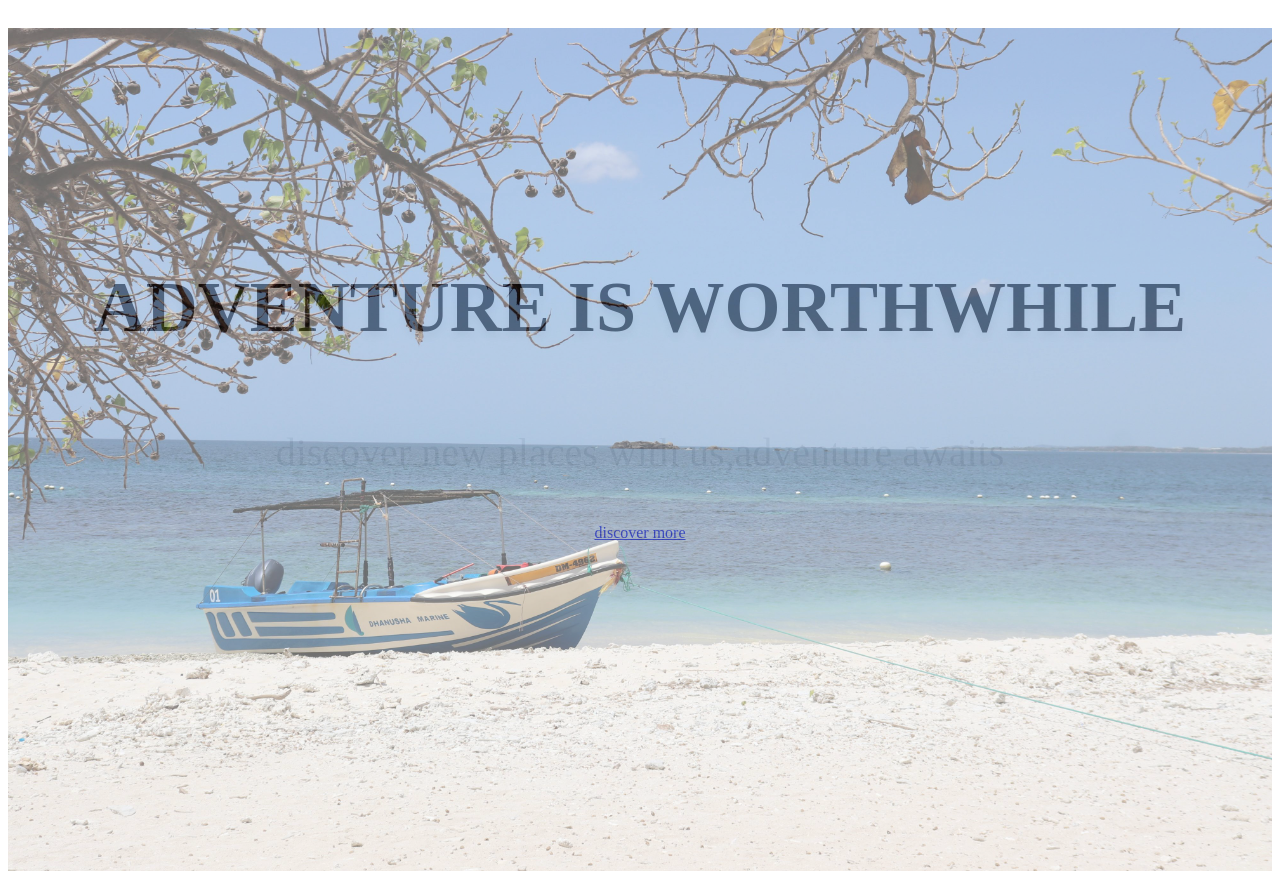
Repository: KasunInd27/Ceylon-Journey
Page: Home/home.html
An editor plug-in stored every save of this project. The page is shown before and after the next save, followed by the edit.
The browser window is 1280 px wide. The pictures show the whole page.

Above is the page before, as saved 2024-10-05 13:51:14.
Console error: SyntaxError: Unexpected token '<'

### Home/home.html
<!DOCTYPE html>
<html lang="en">
<head>
    <meta charset="UTF-8">
    <meta name="viewport" content="width=device-width, initial-scale=1.0">
    <!-- Font Awesome CDN link for using icons -->
    <link rel="stylesheet" href="https://cdnjs.cloudflare.com/ajax/libs/font-awesome/5.15.3/css/all.min.css">
    <link href="https://fonts.googleapis.com/css2?family=Roboto:wght@400;700&display=swap" rel="stylesheet">

    <link rel="stylesheet" href="CSS/home.css">
    <script src="JS/home.js"></script>
    <style>
        .mySlides {display:none;}
    </style>
    <title>Home Page</title>
</head>
<body>
    <section class="home" id="home">
        <div class="content">
            <h3>adventure is worthwhile</h3>
            <p>discover new places with us,adventure awaits</p>
            <a href="#" class="btn">discover more</a>
        </div>

        <div class="slide" style="max-width:100%">
            <img class="homeSlides" src="../image/train.jpg" style="width:100%">
            <img class="homeSlides" src="../image/elephants.jpg" style="width:100%">
            <img class="homeSlides" src="../image/boat.jpg" style="width:100%">
            <img class="homeSlides" src="../image/fish.jpg" style="width:100%">
            <img class="homeSlides" src="../image/arc.jpg" style="width:100%">
        </div>
    </section>

    <script>
        var myIndex = 0;
        carousel();

        function carousel() {
          var i;
          var x = document.getElementsByClassName("homeSlides");
          for (i = 0; i < x.length; i++) {
            x[i].style.display = "none";
          }
          myIndex++;
          if (myIndex > x.length) {myIndex = 1}
          x[myIndex-1].style.display = "block";
          setTimeout(carousel, 2000); // Change image every 2 seconds
        }
        </script>


</body>
</html>

### Home/CSS/home.css
.home.controls {
    padding: 1rem;
    border-radius: 5rem;
    background: rgba(0, 0, 0, .7);
    position: relative;
    top: 10rem;

}

.home .controls .img-btn {

    height: 2rem;
    width: 2rem;
    display: inline-block;
    border-radius: 50%;
    background: #fff;
    cursor: pointer;
    margin: 0 .5rem;

}
.home .controls .img-btn.active {
    background: var(--orange);

}
#home {
    min-height: 100vh;
    /* Ensures it takes up the full viewport height */
    display: flex;
    /* Enables flexbox layout */
    align-items: center;
    /* Vertically centers content */
    justify-content: center;
    /* Horizontally centers content */
    flex-flow: column;
    /* Aligns children in a column layout */
    position: relative;
    /* Allows child elements to use absolute positioning */
    z-index: 0;
    /* Ensures this section has the correct stacking order */
}
.home .content {
    text-align: center;
    /* Centers the text within the .content container */
}
/* Styles for h3 elements inside the .content class within the .home section */

.home .content h3 {
    font-size: 4.5rem;
    /* Sets a large font size for the heading */
    color: #060101;
    /* White text color */
    text-transform: uppercase;
    /* Makes the text uppercase */
    text-shadow: 0 .3rem .5rem rgba(0, 0, 0, .1);
    /* Adds a soft shadow to the text */


}

.home .content p {
    font-size: 2.5rem;
    /* Sets the font size for paragraphs inside the .content class in the .home section */
    color: #010401;
    /* Sets the text color to white */
    padding: 0.5rem 0;
    /* Adds vertical padding (top and bottom) of 0.5rem */
    opacity: 0.100;
}

.slide
{
    margin-top: -320px;
    background-size:contain;
    background-position:center;
    background-repeat: no-repeat;
    position:absolute;
    width: 100%;
    height: 50%;
    opacity: 0.60;
}

### Home/JS/home.js
<!DOCTYPE html>
<html lang="en">
<head>
    <meta charset="UTF-8">
    <meta name="viewport" content="width=device-width, initial-scale=1.0">
    <!-- Font Awesome CDN link for using icons -->
    <link rel="stylesheet" href="https://cdnjs.cloudflare.com/ajax/libs/font-awesome/5.15.3/css/all.min.css">
    <link href="https://fonts.googleapis.com/css2?family=Roboto:wght@400;700&display=swap" rel="stylesheet">

    <link rel="stylesheet" href="CSS/home.css">
    <script src="JS/home.js"></script>
    <style>.imgSlide {display:none;}</style>
    <title>Home Page</title>
</head>
<body>
    <section class="home" id="home">
        <div class="content">
            <h3>adventure is worthwhile</h3>
            <p>discover new places with us,adventure awaits</p>
            <a href="#" class="btn">discover more</a>
        </div>

        <div class="image-slide" style="max-width:500px">
            <img class="imgSlide" src="../image/train.jpg" style="width:100%">
            <img class="imgSlide" src="../image/elephants.jpg" style="width:100%">
            <img class="imgSlide" src="../image/boats.jpg" style="width:100%">
            <img class="imgSlide" src="../image/fish.jpg" style="width:100%">
            <img class="imgSlide" src="../image/arc.jpg" style="width:100%">

        </div>


    </section>
</body>
</html>

After the next save:
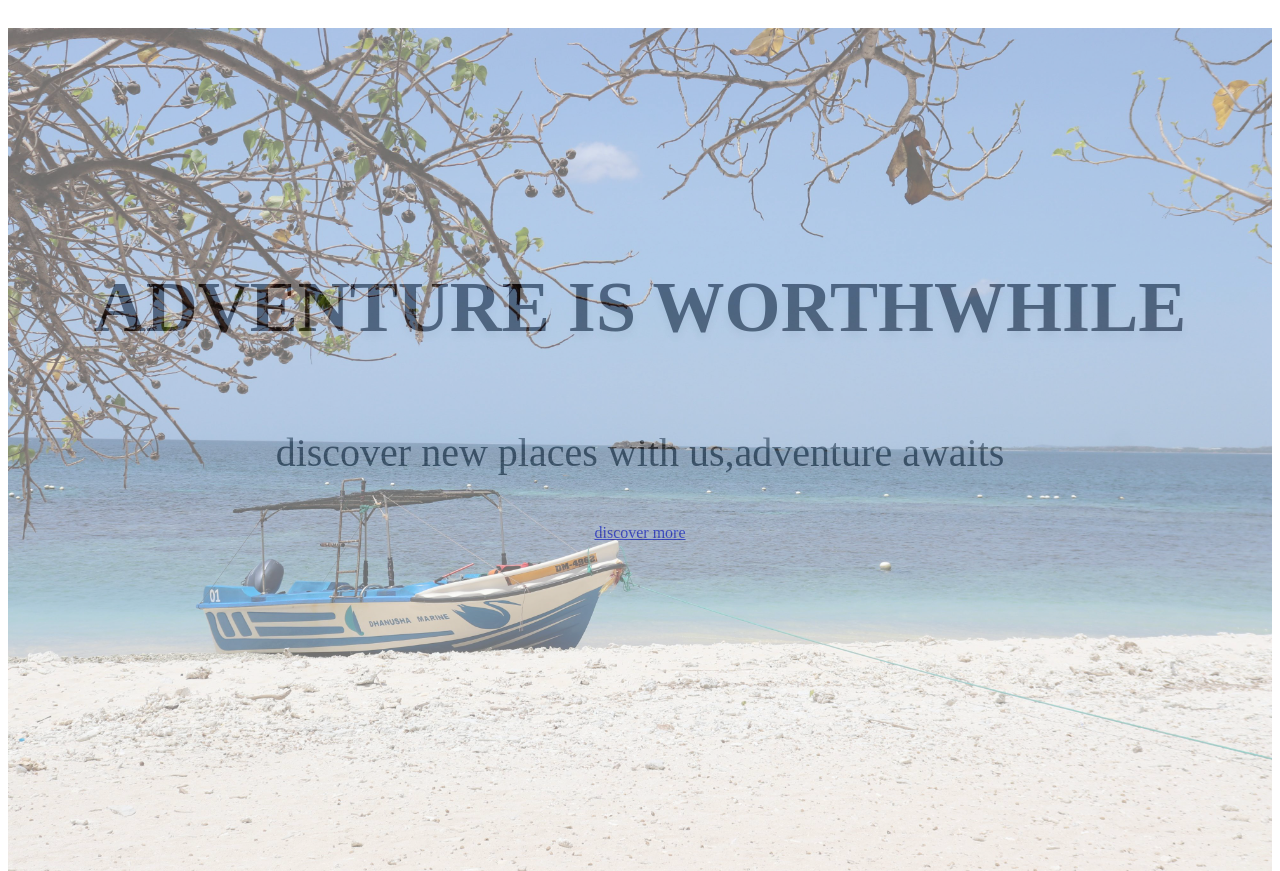
Saved 19 s later.
--- a/Home/CSS/home.css
+++ b/Home/CSS/home.css
@@ -64,7 +64,7 @@
     /* Sets the text color to white */
     padding: 0.5rem 0;
     /* Adds vertical padding (top and bottom) of 0.5rem */
-    opacity: 0.100;
+    opacity: 0.80;
 }
 
 .slide
